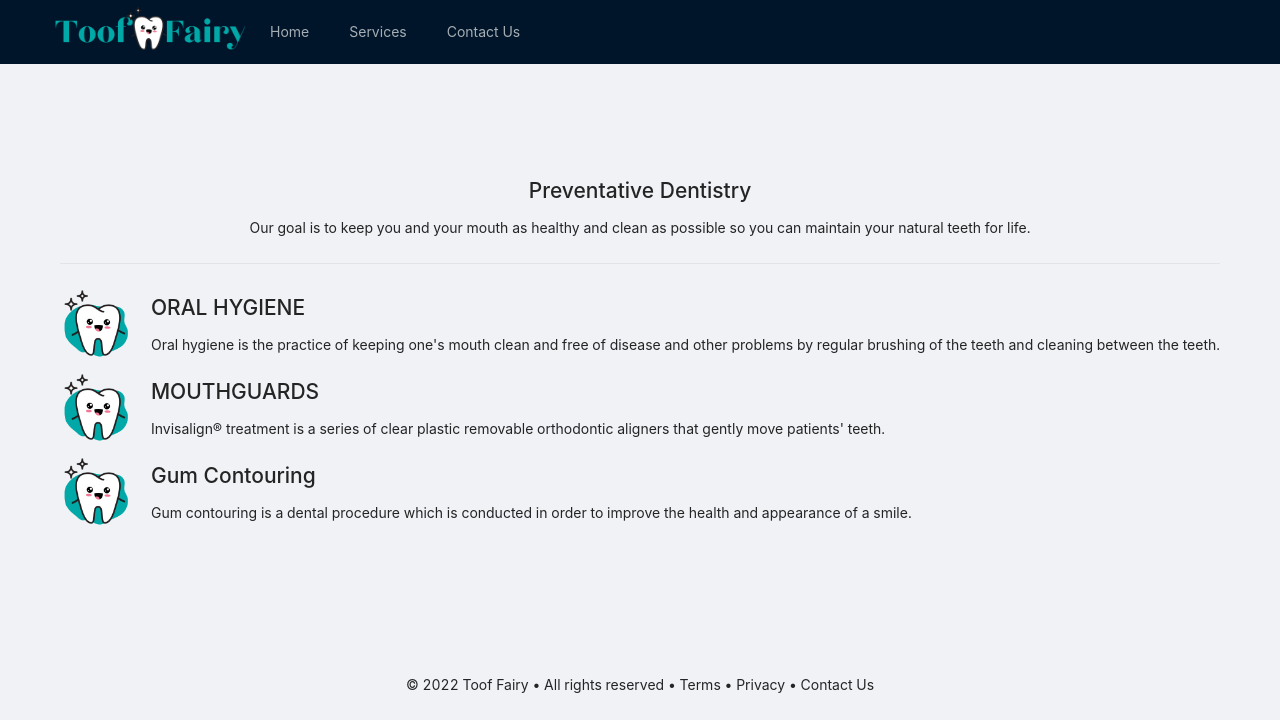
Repository: neldad1/dentist-app
Page: /preventative
The author's editor kept a copy of each file at every save. The page is drawn from the files as they stood at one save, then again after the next save.
The browser window is 1280 px wide. The pictures show the whole page.
The project was rebuilt for these pictures with package versions that can differ from the ones it lists, and the page was loaded fresh each time. Also part of the build but not shown: src/components/Home.jsx, src/components/Contact.jsx, src/components/Services/Cosmetic.jsx, src/components/Services/Resorative.jsx.

Above is the page before, as saved 2022-03-09 22:12:37.

After the next save:
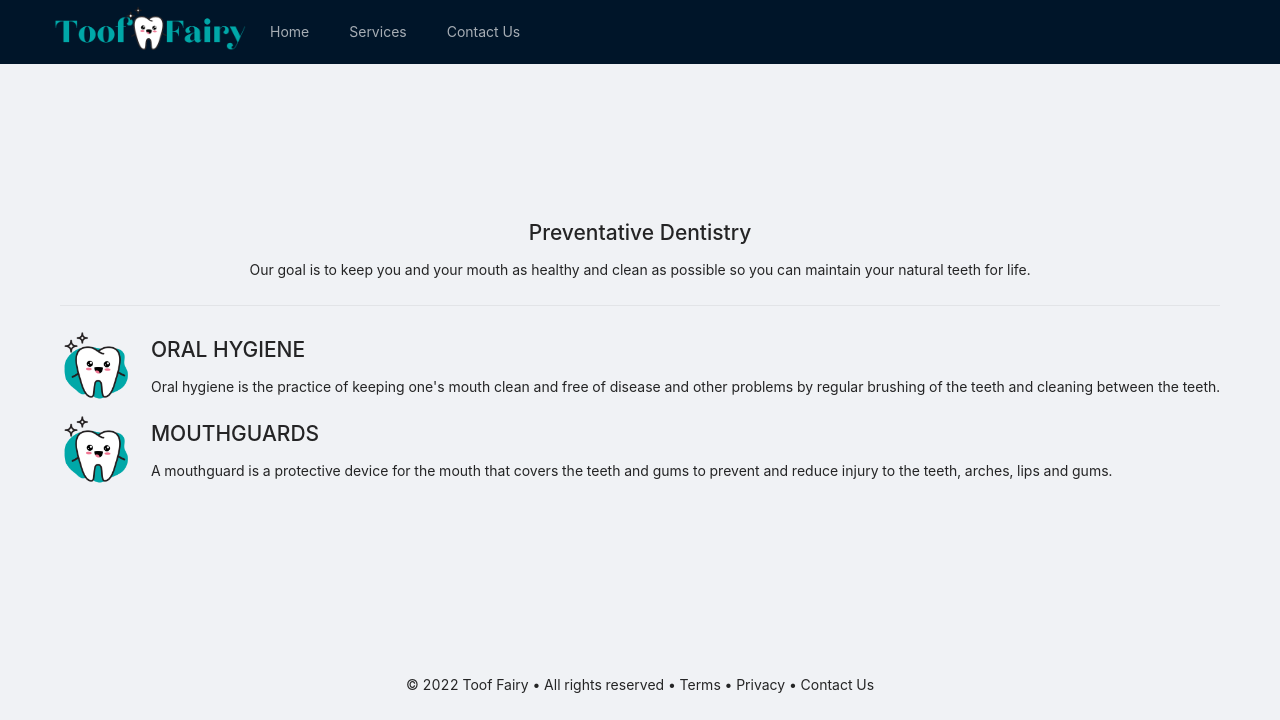
Saved 45 s later.
--- a/src/components/Services/Preventative.jsx
+++ b/src/components/Services/Preventative.jsx
@@ -28,18 +28,9 @@ const Preventative = () => {
         <div className="service-definition">
           <h2>MOUTHGUARDS</h2>
           <span>
-            Invisalign® treatment is a series of clear plastic removable
-            orthodontic aligners that gently move patients' teeth.{' '}
-          </span>
-        </div>
-      </div>
-      <div className="service-info">
-        <ToofImg />
-        <div className="service-definition">
-          <h2>Gum Contouring</h2>
-          <span>
-            Gum contouring is a dental procedure which is conducted in order to
-            improve the health and appearance of a smile.{' '}
+            A mouthguard is a protective device for the mouth that covers the
+            teeth and gums to prevent and reduce injury to the teeth, arches,
+            lips and gums.
           </span>
         </div>
       </div>
